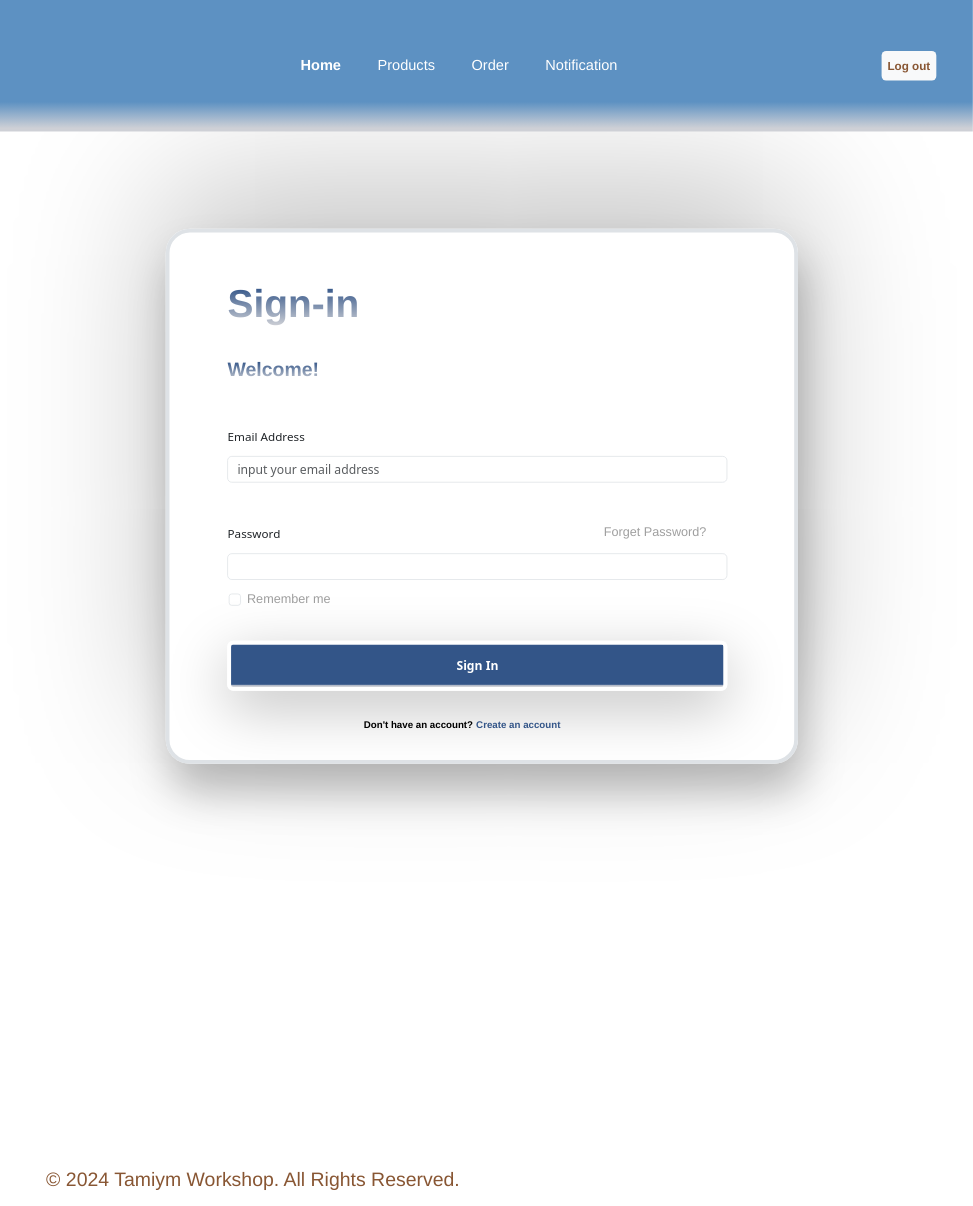
Repository: OVictor21/inventory
Page: /
An editor plug-in stored every save of this project. The page is shown before and after the next save, followed by the edit.
The browser window is 1280 px wide. The pictures show the whole page, at 76% of full size.
The project was rebuilt for these pictures with package versions that can differ from the ones it lists, and the page was loaded fresh each time.

Above is the page before, as saved 2024-12-14 09:42:20.

After the next save:
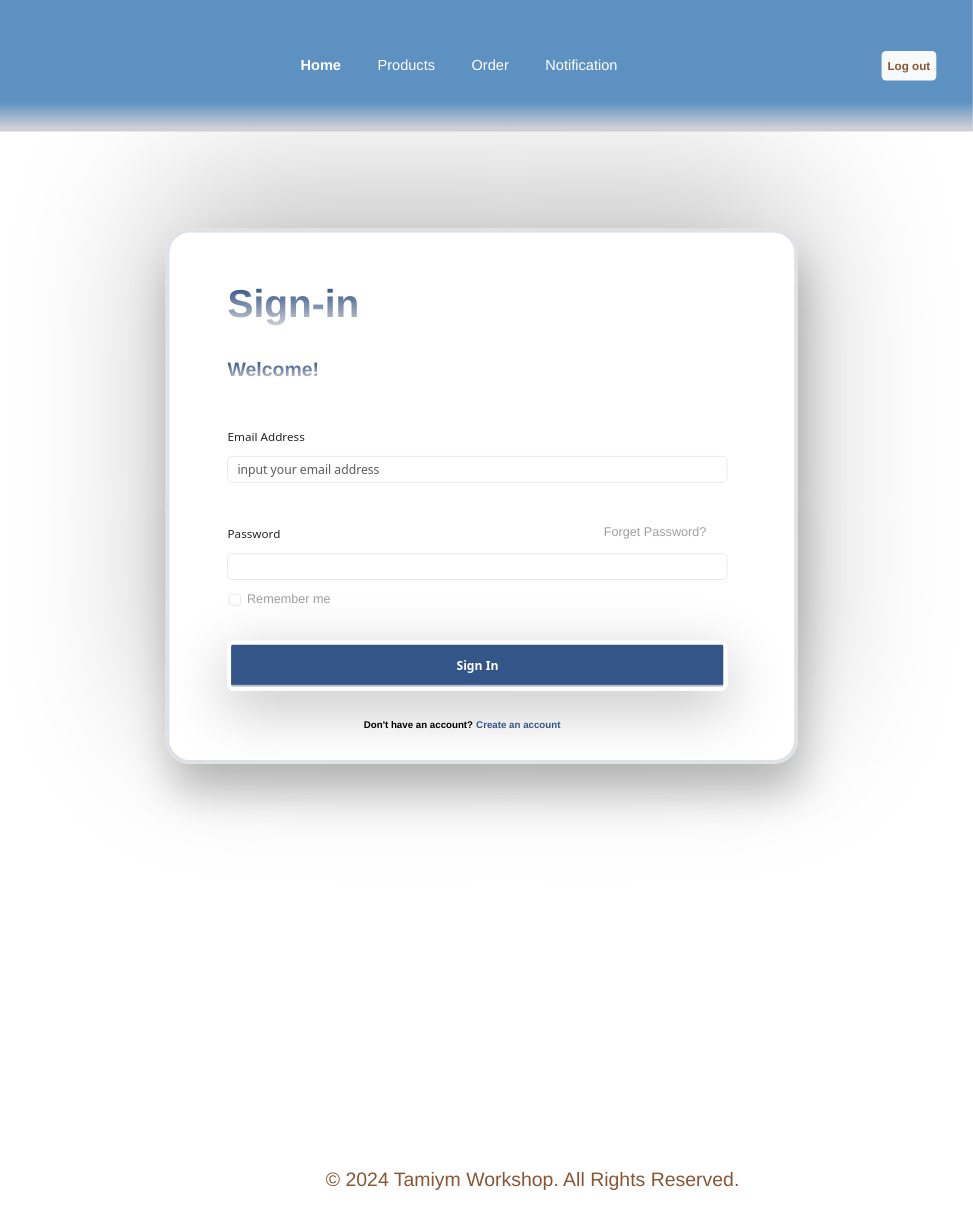
Saved 9 s later.
--- a/src/body.js
+++ b/src/body.js
@@ -33,7 +33,7 @@ const Body = () => {
     </form>
 
     <footer className='footer-body position-relative'>
-    <div className="text-center py-3 copyright-text position-relative">
+    <div className="text-center py-3 copyright-text position-absolute">
             © 2024 Tamiym Workshop. All Rights Reserved.
         </div>
     </footer>
